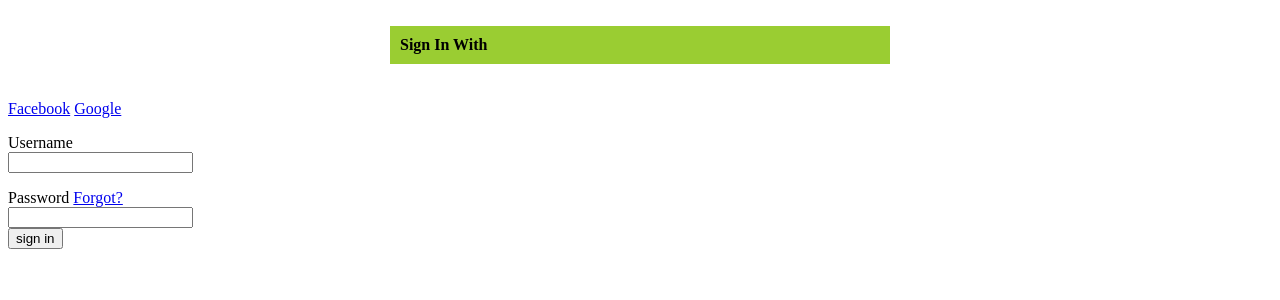
Repository: Tobby004/bdc-assignment-2
Page: index.html
An editor plug-in stored every save of this project. The page is shown before and after the next save, followed by the edit.
The browser window is 1280 px wide. The pictures show the whole page.

Above is the page before, as saved 2023-02-09 06:54:09.

### index.html
<!DOCTYPE html>
<html lang="en">
<head>
    <meta charset="UTF-8">
    <meta http-equiv="X-UA-Compatible" content="IE=edge">
    <meta name="viewport" content="width=<device-width>, initial-scale=1.0">
    <title>Document</title>
    <link rel="stylesheet" href="task.css">
</head>
<body>
    <header>
    <div class="flex-container">
        <br>
            <b>
             Sign In With
            </b>
        <br>
        <br>
        <a href="#">
            Facebook</a>
            <a href="#">
                Google
            </a>
            </div>
        </header>

        <div class="form-input">
        <p>Username
            <br>
            <input type="text" placeholder="" />
        </p>
         <p>Password
            <a href="#">Forgot?</a>
            <br>
            <input type="password" /></
         </p>
         <br>
         <button>sign in</button>
        </div>

</body>
</html>

### task.css
*{
    box-sizing:border-box;
}
header b {
    background-color:yellowgreen ;
    display: block;
    padding: 10px;

    margin-right: auto;
    margin-left: auto;
    max-width: 500px;
    justify-content: center;
}

After the next save:
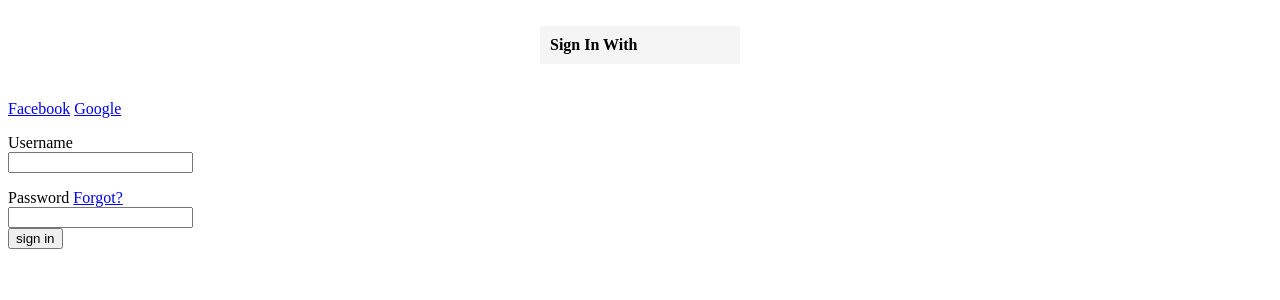
Saved 16 min 36 s later.
--- a/task.css
+++ b/task.css
@@ -2,12 +2,11 @@
     box-sizing:border-box;
 }
 header b {
-    background-color:yellowgreen ;
+    background-color:whitesmoke ;
     display: block;
     padding: 10px;
-
     margin-right: auto;
     margin-left: auto;
-    max-width: 500px;
+    max-width: 200px;
     justify-content: center;
 }
